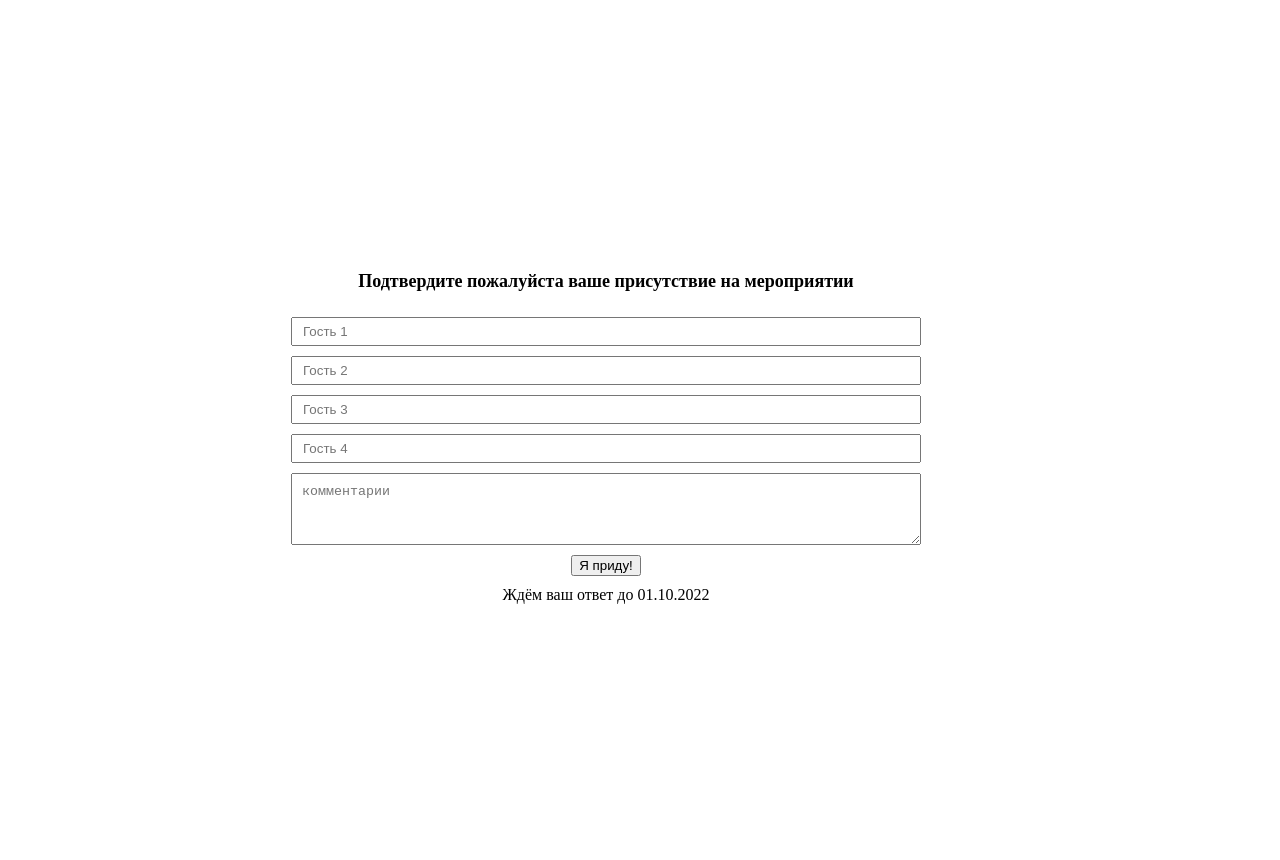
Repository: Anthony8845/wedding_invitation
Page: index.html
These files come from the project's save history. The page is drawn as it stood at one moment and after the next save; the edit follows.
The browser window is 1280 px wide. The pictures show the whole page.

Above is the page before, as saved 2022-07-28 13:54:15.

After the next save:
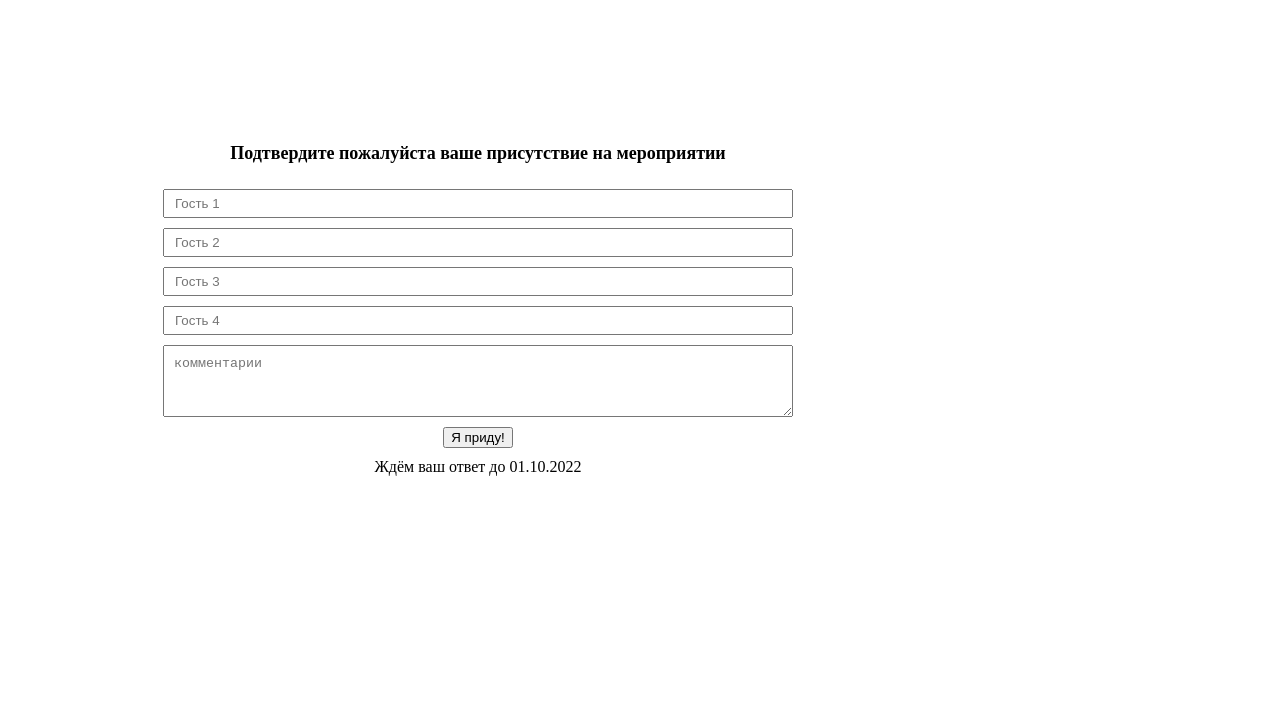
Saved 4 s later.
--- a/style.css
+++ b/style.css
@@ -1,5 +1,5 @@
 body{
-    margin: 20% ;
+    margin: 10% ;
     max-width: 700px;
 }
 
